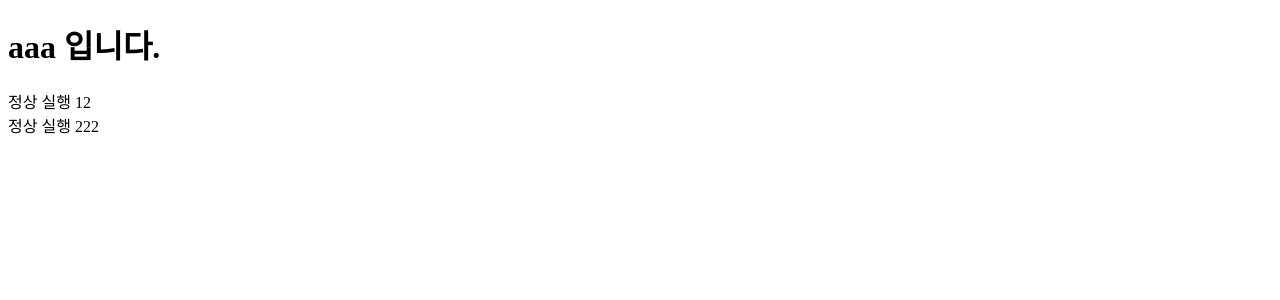
Repository: Jhoon0211/java_work
Page: http://localhost/jspProj/err/aaa.jsp
The author's editor kept a copy of each file at every save. The page is drawn from the files as they stood at one save, then again after a run of saves.
The browser window is 1280 px wide. The pictures show the whole page.
The page is served by Tomcat 9. Nobody is signed in. The application's start-up code is not run. Other server files are loaded and not shown.

Above is the page before, as saved 2023-07-26 01:10:46.

### jspProj/src/main/webapp/err/aaa.jsp
<%@ page language="java" contentType="text/html; charset=UTF-8"
    pageEncoding="UTF-8"%>
<!DOCTYPE html>
<html>
<head>
<meta charset="UTF-8">
<title>Insert title here</title>
</head>
<body>
<h1>aaa 입니다.</h1>
<%
try{
	int a = 10/5;

	out.println("정상 실행 1" + a + "<br/>");

	int [] arr = {11,22,33,44};

	out.println("정상 실행 2" + arr[1] + "<br/>");

}catch(ArithmeticException e){
	out.println("수학적 에러 처리" + e.getMessage());
}
%>
</body>
</html>

After the next 2 saves:
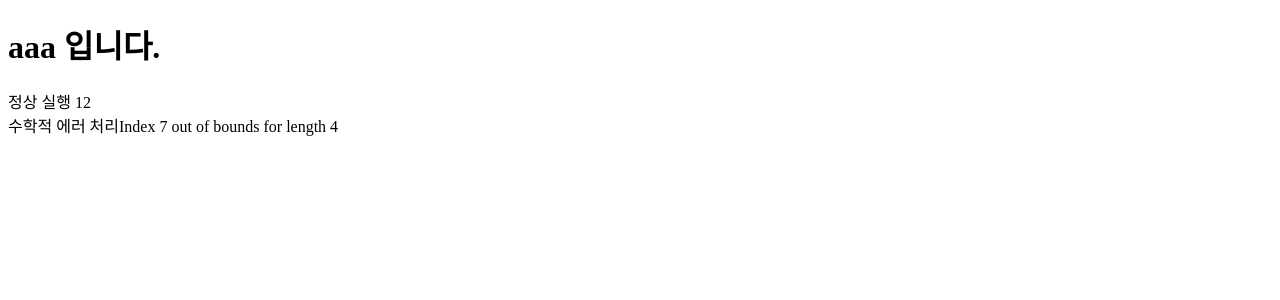
The 2 saves are shown as one change because 1 did not build or start.
The last was saved 2 min 57 s later.
--- a/jspProj/src/main/webapp/err/aaa.jsp
+++ b/jspProj/src/main/webapp/err/aaa.jsp
@@ -16,9 +16,9 @@ try{
 
 	int [] arr = {11,22,33,44};
 
-	out.println("정상 실행 2" + arr[1] + "<br/>");
+	out.println("정상 실행 2" + arr[7] + "<br/>");
 
-}catch(ArithmeticException e){
+}catch(Exception e){
 	out.println("수학적 에러 처리" + e.getMessage());
 }
 %>
